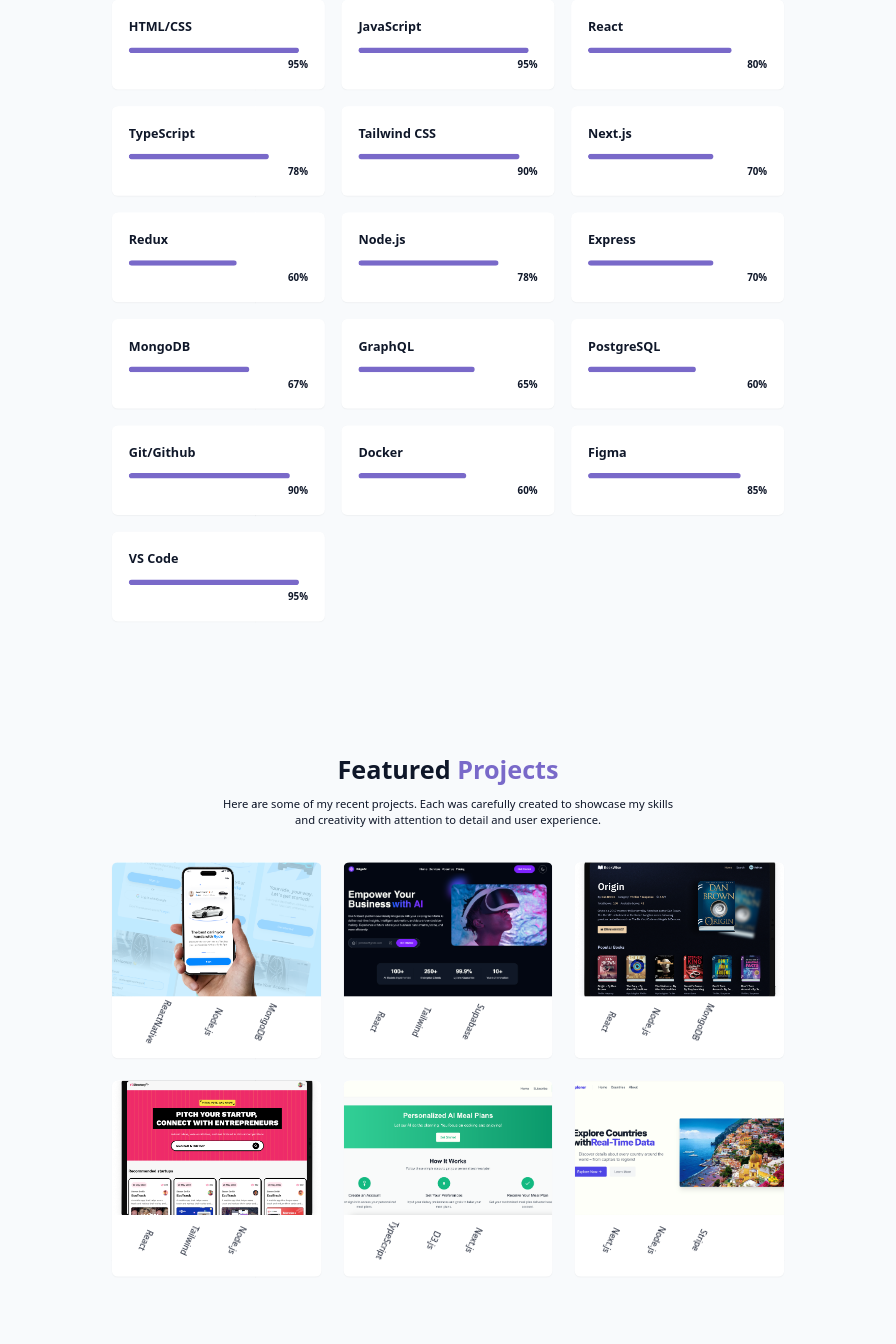
Repository: mOzariffard/Portfolio
Page: /
The author's editor kept a copy of each file at every save. The page is drawn from the files as they stood at one save, then again after the next save.
The browser window is 1280 px wide. The pictures show the part of the page from y = 1824 to 3744 px (the page is 3744 px tall), at 70% of full size.
The project was rebuilt for these pictures with package versions that can differ from the ones it lists, and the page was loaded fresh each time. Also part of the build but not shown: vite.config.js, src/pages/NotFound.jsx.

Above is the page before, as saved 2025-06-29 21:10:32.

After the next save:
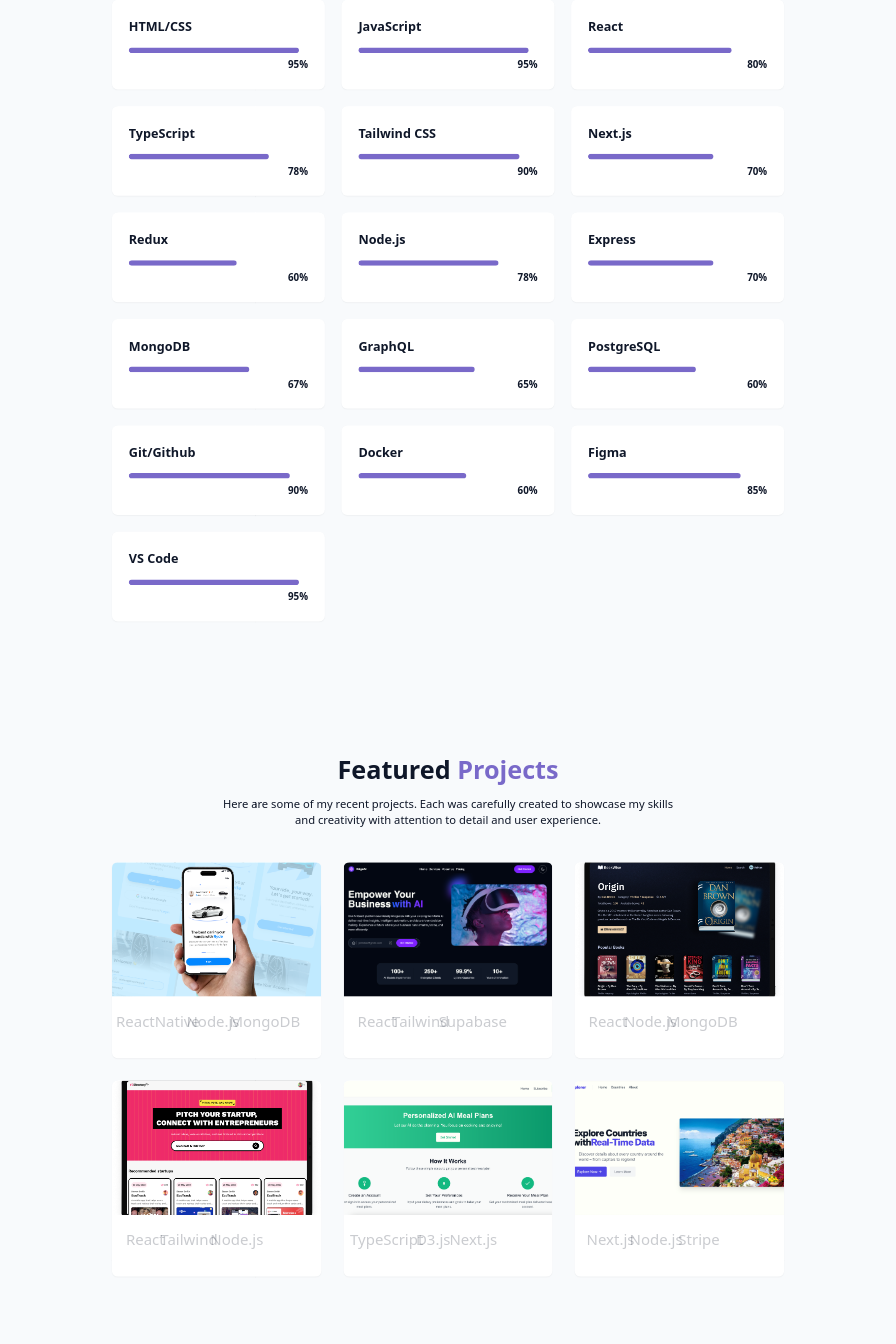
Saved 6 s later.
--- a/src/components/ProjectSection.jsx
+++ b/src/components/ProjectSection.jsx
@@ -125,7 +125,7 @@ const ProjectSection = () => {
                             <div className='p-6 '>
                                 <div className='flex flex-wrap gap-2 mb-4'>
                                     {project.tag.map((tag)=>(
-                                        <span className='px-2 py-1 text-xs border-primary hover:bg-primary/85 animate-spin  font-medium rounded-full bg-secondary text-secondary-foreground '>
+                                        <span className='px-2 py-1 text-xs border-primary hover:bg-primary/85 animate-ping  font-medium rounded-full bg-secondary text-secondary-foreground '>
                                             {tag}
                                         </span>
                                     ))}
